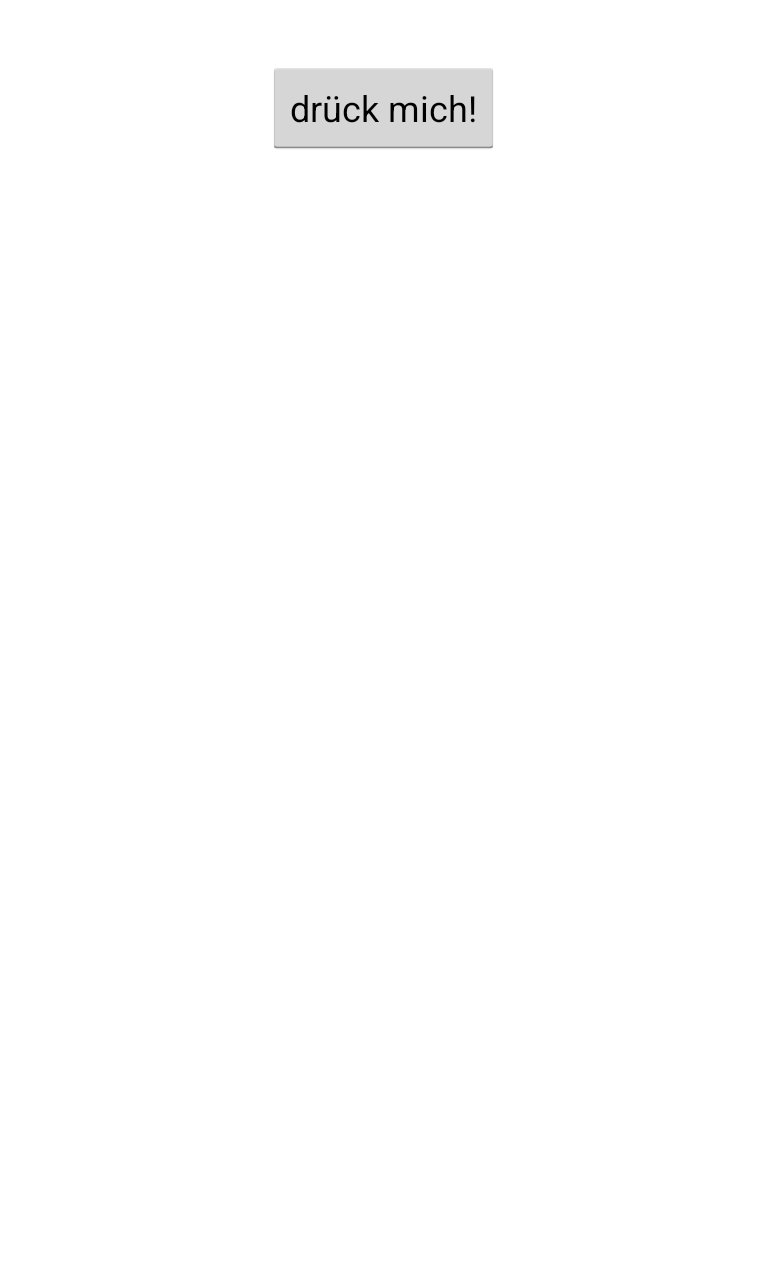
Repository: flashback2k12/ChristmasPresent
Layout: ChristmasPresent/res/layout/activity_first_coupon.xml
An editor plug-in stored every save of this project. The layout is shown before and after the next save, followed by the edit.
It is drawn on a 768 x 1280 px phone screen (xhdpi) without system bars, with theme AppTheme; the app's code is not run.

Above is the layout before, as saved 2012-12-17 21:10:09.

### ChristmasPresent/res/layout/activity_first_coupon.xml
<?xml version="1.0" encoding="utf-8"?>
<RelativeLayout xmlns:android="http://schemas.android.com/apk/res/android"
    android:layout_width="match_parent"
    android:layout_height="match_parent">



    <Button
        android:id="@+id/button1"
        android:layout_width="wrap_content"
        android:layout_height="wrap_content"
        android:layout_centerHorizontal="true"
        android:layout_marginTop="30dp"
        android:text="@string/button_first_act" />

</RelativeLayout>

### ChristmasPresent/res/values/strings.xml
<?xml version="1.0" encoding="utf-8"?>
<resources>

    <string name="app_name">Weihnachtsgeschenk</string>
    <string name="hello_schatz_z1">Ich wünsche dir alles liebe zum Weihnachtsfest mein Schatz. :-* </string>
    <string name="hello_schatz_z2">Ich hoffe, dass dir die nächsten Punkte gefallen werden!!! :-)</string><string name="menu_settings">Menü</string>
    <string name="title_activity_main">Weihnachtsgeschenk</string>
    <string name="button_first_act">drück mich!</string>
    <string name="checkbox1">Gutschein 1</string>
    <string name="checkbox2">Gutschein 2</string>
    <string name="checkbox3">Gutschein 3</string>
    <string name="checkbox4">Gutschein 4</string>
    <string name="checkbox5">Gutschein 5</string>

</resources>

Loaded but not shown: ChristmasPresent/res/values-v11/styles.xml (common file); ChristmasPresent/res/values-v14/styles.xml (common file); ChristmasPresent/res/values/styles.xml (common file)

After the next save:
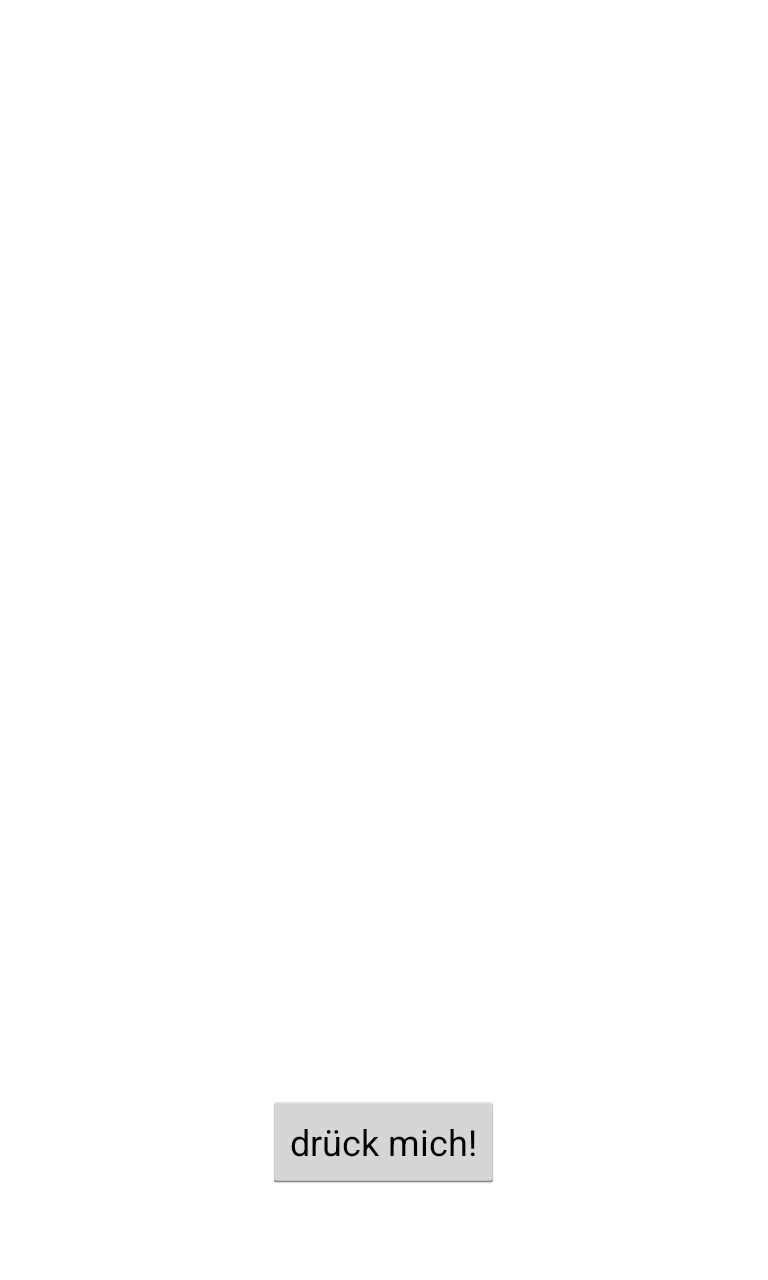
Saved 20 s later.
--- a/ChristmasPresent/res/layout/activity_first_coupon.xml
+++ b/ChristmasPresent/res/layout/activity_first_coupon.xml
@@ -3,14 +3,13 @@
     android:layout_width="match_parent"
     android:layout_height="match_parent">
 
-
-
     <Button
         android:id="@+id/button1"
         android:layout_width="wrap_content"
         android:layout_height="wrap_content"
+        android:layout_alignParentBottom="true"
         android:layout_centerHorizontal="true"
-        android:layout_marginTop="30dp"
+        android:layout_marginBottom="45dp"
         android:text="@string/button_first_act" />
 
 </RelativeLayout>
